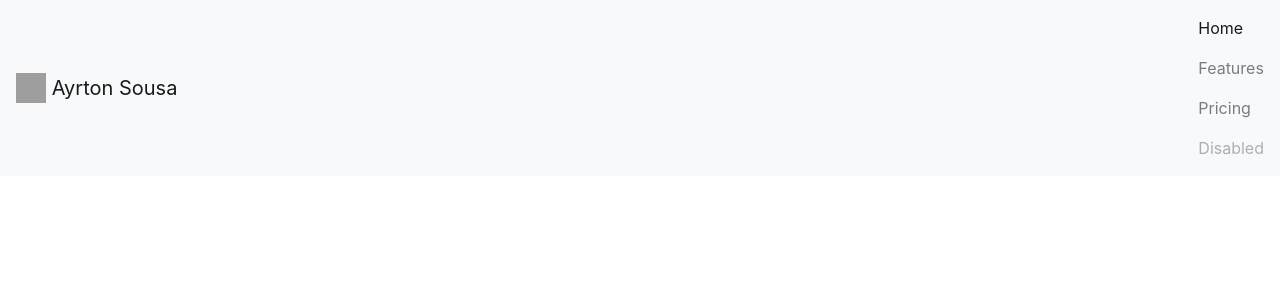
Repository: AyrtonSM/ayrtonsm.github.io
Page: website/index.html
The author's editor kept a copy of each file at every save. The page is drawn from the files as they stood at one save, then again after the next save.
The browser window is 1280 px wide. The pictures show the whole page.
Pictures or frames that could not be fetched are drawn as grey boxes. Some web libraries are served in a nearby version.

Above is the page before, as saved 2019-07-23 09:03:26.

### website/index.html
<!DOCTYPE html>

<head>
<meta charset="utf-8">
<meta name="viewport" content="width=device-width, initial-scale=1, shrink-to-fit=no">


<link rel="stylesheet" href="https://maxcdn.bootstrapcdn.com/bootstrap/4.0.0/css/bootstrap.min.css" integrity="sha384-Gn5384xqQ1aoWXA+058RXPxPg6fy4IWvTNh0E263XmFcJlSAwiGgFAW/dAiS6JXm" crossorigin="anonymous">
</head>


<body>

    <nav class="navbar navbar-light bg-light ">

        <a class="navbar-brand" href="#">
            <img src="/docs/4.0/assets/brand/bootstrap-solid.svg" width="30" height="30" class="d-inline-block align-top" alt="">
            Ayrton Sousa
        </a>
        <ul class="navbar-nav">
                <li class="nav-item active">
                    <a class="nav-link" href="#">Home <span class="sr-only">(current)</span></a>
                </li>
                <li class="nav-item">
                    <a class="nav-link" href="#">Features</a>
                </li>
                <li class="nav-item">
                    <a class="nav-link" href="#">Pricing</a>
                </li>
                <li class="nav-item">
                    <a class="nav-link disabled" href="#">Disabled</a>
                </li>
        </ul>

    </nav>





<script src="https://code.jquery.com/jquery-3.2.1.slim.min.js" integrity="sha384-KJ3o2DKtIkvYIK3UENzmM7KCkRr/rE9/Qpg6aAZGJwFDMVNA/GpGFF93hXpG5KkN" crossorigin="anonymous"></script>
<script src="https://cdnjs.cloudflare.com/ajax/libs/popper.js/1.12.9/umd/popper.min.js" integrity="sha384-ApNbgh9B+Y1QKtv3Rn7W3mgPxhU9K/ScQsAP7hUibX39j7fakFPskvXusvfa0b4Q" crossorigin="anonymous"></script>
<script src="https://maxcdn.bootstrapcdn.com/bootstrap/4.0.0/js/bootstrap.min.js" integrity="sha384-JZR6Spejh4U02d8jOt6vLEHfe/JQGiRRSQQxSfFWpi1MquVdAyjUar5+76PVCmYl" crossorigin="anonymous"></script>
</body>


</html>

After the next save:
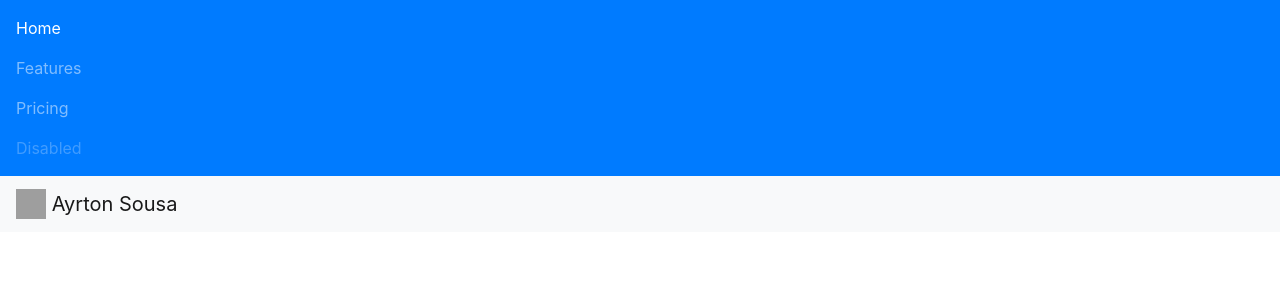
Saved 7 min 13 s later.
--- a/website/index.html
+++ b/website/index.html
@@ -11,26 +11,30 @@
 
 <body>
 
+
+    <nav class="navbar navbar-dark bg-primary">
+            <ul class="navbar-nav">
+                    <li class="nav-item active">
+                        <a class="nav-link" href="#">Home <span class="sr-only">(current)</span></a>
+                    </li>
+                    <li class="nav-item">
+                        <a class="nav-link" href="#">Features</a>
+                    </li>
+                    <li class="nav-item">
+                        <a class="nav-link" href="#">Pricing</a>
+                    </li>
+                    <li class="nav-item">
+                        <a class="nav-link disabled" href="#">Disabled</a>
+                    </li>
+            </ul>
+      </nav>
     <nav class="navbar navbar-light bg-light ">
 
         <a class="navbar-brand" href="#">
             <img src="/docs/4.0/assets/brand/bootstrap-solid.svg" width="30" height="30" class="d-inline-block align-top" alt="">
             Ayrton Sousa
         </a>
-        <ul class="navbar-nav">
-                <li class="nav-item active">
-                    <a class="nav-link" href="#">Home <span class="sr-only">(current)</span></a>
-                </li>
-                <li class="nav-item">
-                    <a class="nav-link" href="#">Features</a>
-                </li>
-                <li class="nav-item">
-                    <a class="nav-link" href="#">Pricing</a>
-                </li>
-                <li class="nav-item">
-                    <a class="nav-link disabled" href="#">Disabled</a>
-                </li>
-        </ul>
+
 
     </nav>
 
